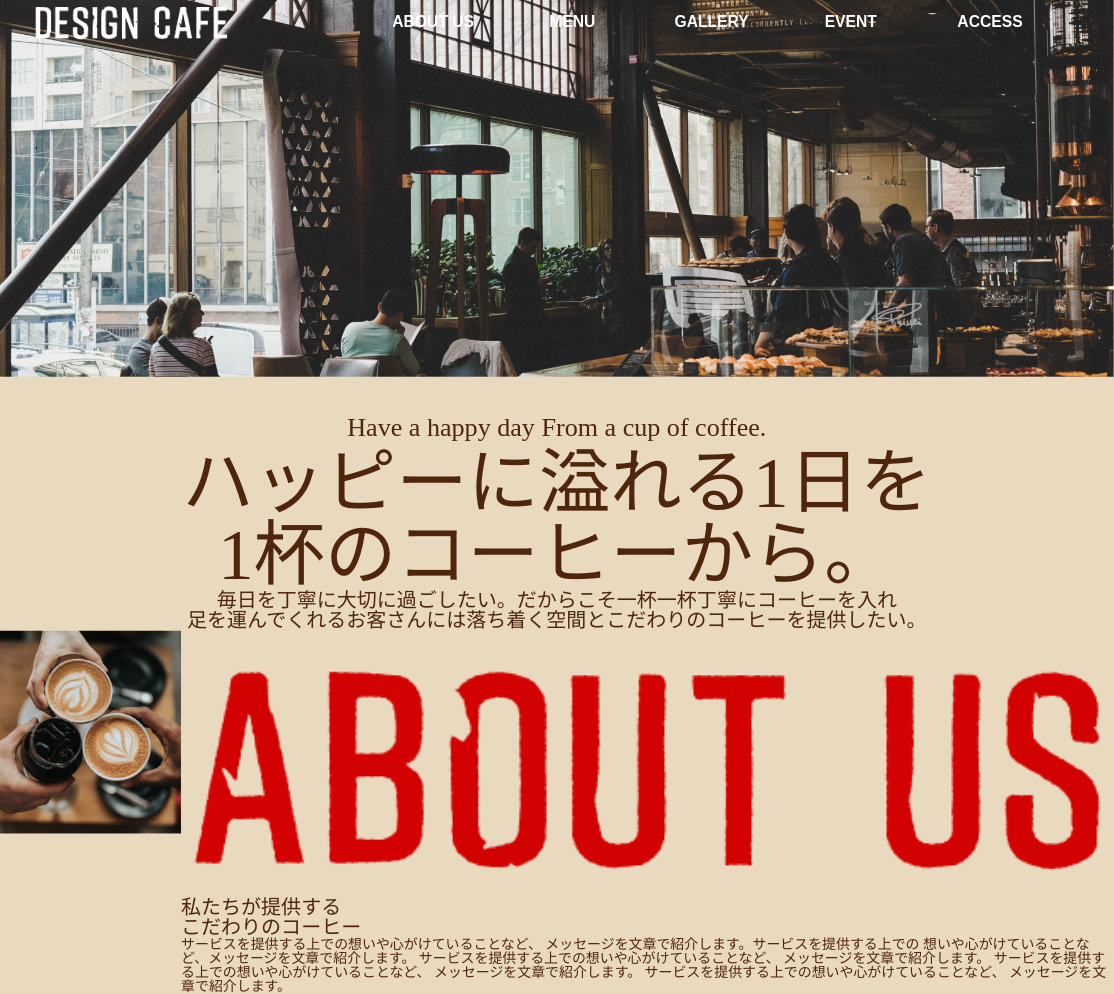
Repository: sonoyama01/dezasuta
Page: 第4回課題/index.html
The author's editor kept a copy of each file at every save. The page is drawn from the files as they stood at one save, then again after the next save.
The browser window is 1280 px wide. The pictures show the whole page, at 87% of full size.

Above is the page before, as saved 2024-05-02 02:30:36.

### 第4回課題/index.html
<!DOCTYPE html>
<html lang="ja">

<head>
    <meta charset="UTF-8">
    <meta name="viewport" content="width=device-width, initial-scale=1.0">
    <title>Desing Cafe</title>
    <link rel="stylesheet" href="./css/style.css">
</head>

<body>
    <header>
        <div class="header_slide">
            <div>
                <img src="./images/pc_first-100.jpg" alt="店内の様子">
            </div>
        </div>
        <div class="header_wrap">
            <h1 class="header_logo">
                <img src="./images/design_cafe_logo_header@2x.png" alt="desind cafe">
            </h1>
            <nav class="pc_nav">
                <ul>
                    <li><a href="#about_us">ABOUT US</a></li>
                    <li><a href="#">MENU</a></li>
                    <li><a href="#">GALLERY</a></li>
                    <li><a href="#">EVENT</a></li>
                    <li><a href="#">ACCESS</a></li>
                </ul>
            </nav>
        </div>
    </header>
    <div class="catch_copy">
        <p class="catch_copy_ja"><span class="en">Have a happy day From a cup of coffee.</span><br>
            ハッピーに溢れる1日を<br>
            1杯のコーヒーから。</p><!-- /.catch_copy -->
        <p>毎日を丁寧に大切に過ごしたい。だからこそ一杯一杯丁寧にコーヒーを入れ<br>
            足を運んでくれるお客さんには落ち着く空間とこだわりのコーヒーを提供したい。</p>
    </div><!-- /.catch_copy -->

    <section id="about_us_fx">
        <div class="about_us">
            <div class="about_us_im"><img src="./images/pc_about-100.jpg" alt=""></div>
            <div>
                <img src="./images/about_us@2x.png" alt="">
                <p class="abouot_us_concept">私たちが提供する<br>
                    こだわりのコーヒー</p><!-- /.abouot_us_concept -->
                <p class="about_us_text">
                    サービスを提供する上での想いや心がけていることなど、
                    メッセージを文章で紹介します。サービスを提供する上での
                    想いや心がけていることなど、メッセージを文章で紹介します。
                    サービスを提供する上での想いや心がけていることなど、
                    メッセージを文章で紹介します。
                    サービスを提供する上での想いや心がけていることなど、
                    メッセージを文章で紹介します。
                    サービスを提供する上での想いや心がけていることなど、
                    メッセージを文章で紹介します。
                </p><!-- /.about_us_text -->
            </div>

        </div><!-- /.about_us -->
    </section><!-- /#about_us -->


</body>

</html>

### 第4回課題/css/style.css
@charset "utf-8";

/* cssリセット */

/*利用するタグによってこちらの内容は増やす*/

html,
body,
h1,
h2,
h3,
p,
dl,
dt,
dd,
ul,
li {
  margin: 0;
  padding: 0;
  line-height: 1;
  /*デフォルトの文字色、font-familyを予め当てておく*/
  color: #4f260b;
  font-family: "游明朝", YuMincho, "Hiragino Mincho ProN W3",
    "ヒラギノ明朝 ProN W3", "Hiragino Mincho ProN", "HG明朝E", "ＭＳ Ｐ明朝",
    "ＭＳ 明朝", serif;
}

a {
  /*下線を消す*/
  text-decoration: none;
  /*色を消す*/
  color: inherit;
  transition: 0.3s;
}

a:hover {
  opacity: 0.5;
}

ul {
  /*左の「・」を消す*/
  list-style: none;
}

img {
  max-width: 100%;
  width: 100%;
  height: auto;
  vertical-align: bottom;
  border: none;
}

body {
  background-color: #e8d9bf;
  font-size: 23px;
}

/* ヘッダー */
.pc_nav ul {
  display: flex;
  gap: 55px;
}

.pc_nav ul li {
  width: 105px;
  text-align: center;
  color: #ffffff;
  font-weight: bold;
  font-size: 18px;
  font-family: "Hiragino Sans W3", "Hiragino Kaku Gothic ProN",
    "ヒラギノ角ゴ ProN W3", "メイリオ", Meiryo, "ＭＳ Ｐゴシック", "MS PGothic",
    sans-serif;
}

.header_logo {
  width: 226px;
}

.header_wrap {
  display: flex;
  justify-content: space-between;
  align-items: center;
  padding: 0 7% 0 3%;
  position: absolute;
  top: 0;
  left: 0;
  width: 100%;
  box-sizing: border-box;
}

/* ============================
* キャッチコピー
* ========================= */
.catch_copy {
  text-align: center;
}
.en {
  font-size: 30px;
}
.catch_copy_ja {
  font-size: 82px;
}

/* ============================
* ABOUT US
* ========================= */
.about_us {
  display: flex;
}
.about_us_im {
  width: 50%;
}
.about_us_text {
  font-size: 16px;
}

After the next save:
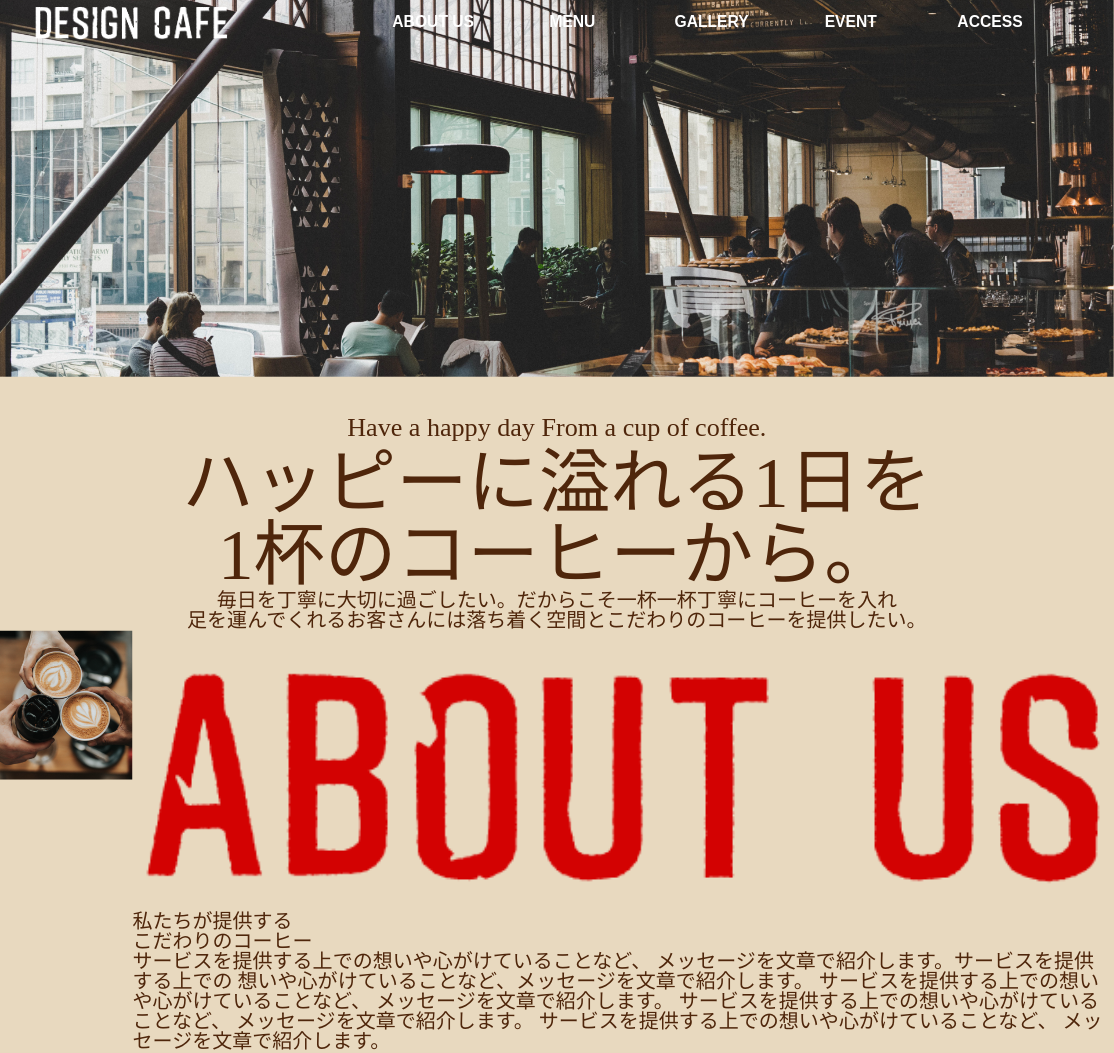
Saved 2 min 33 s later.
--- a/第4回課題/css/style.css
+++ b/第4回課題/css/style.css
@@ -110,6 +110,6 @@ body {
 .about_us_im {
   width: 50%;
 }
-.about_us_text {
+.about_us_texts {
   font-size: 16px;
 }

After the save that followed:
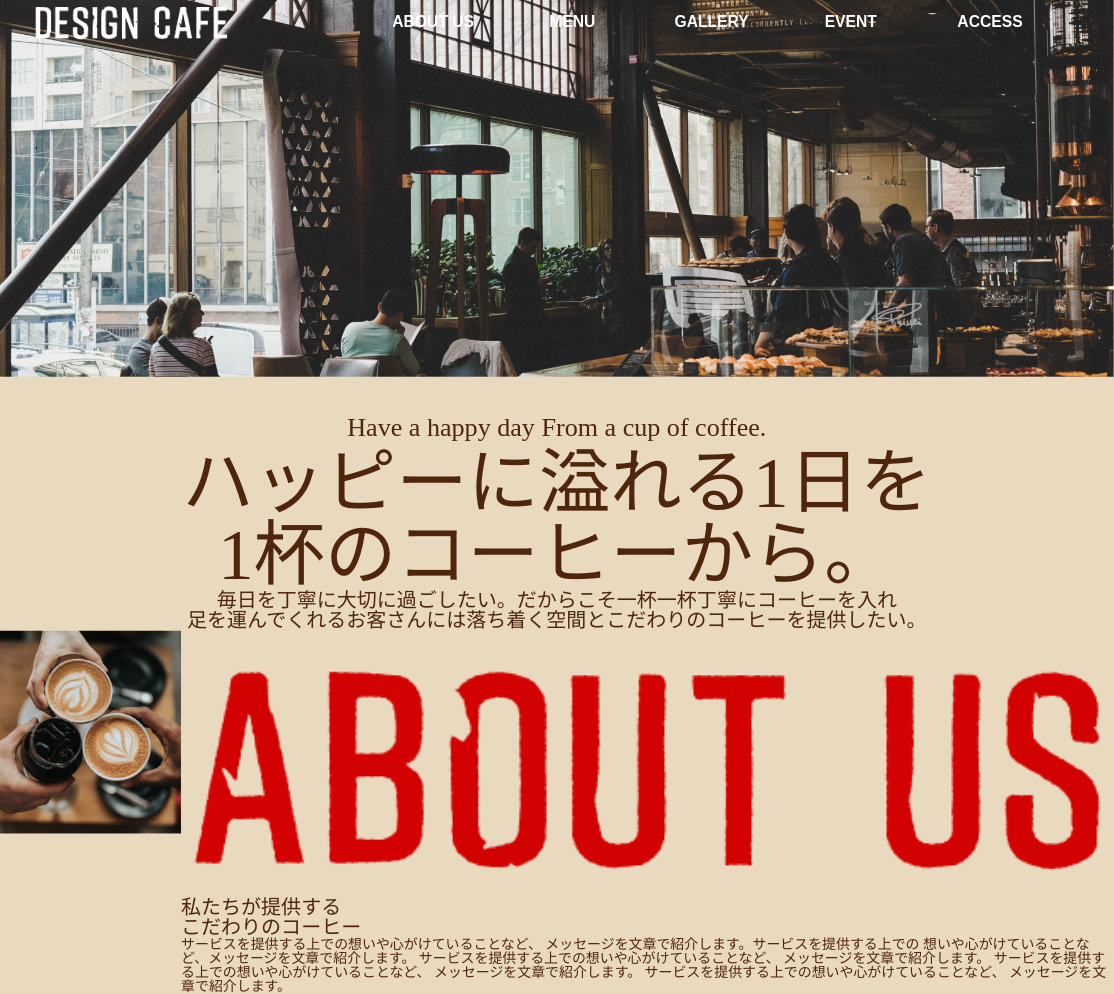
Saved 1 s later.
--- a/第4回課題/index.html
+++ b/第4回課題/index.html
@@ -41,11 +41,11 @@
     <section id="about_us_fx">
         <div class="about_us">
             <div class="about_us_im"><img src="./images/pc_about-100.jpg" alt=""></div>
-            <div>
+            <div class="about_us_text">
                 <img src="./images/about_us@2x.png" alt="">
                 <p class="abouot_us_concept">私たちが提供する<br>
                     こだわりのコーヒー</p><!-- /.abouot_us_concept -->
-                <p class="about_us_text">
+                <p class="about_us_texts">
                     サービスを提供する上での想いや心がけていることなど、
                     メッセージを文章で紹介します。サービスを提供する上での
                     想いや心がけていることなど、メッセージを文章で紹介します。
